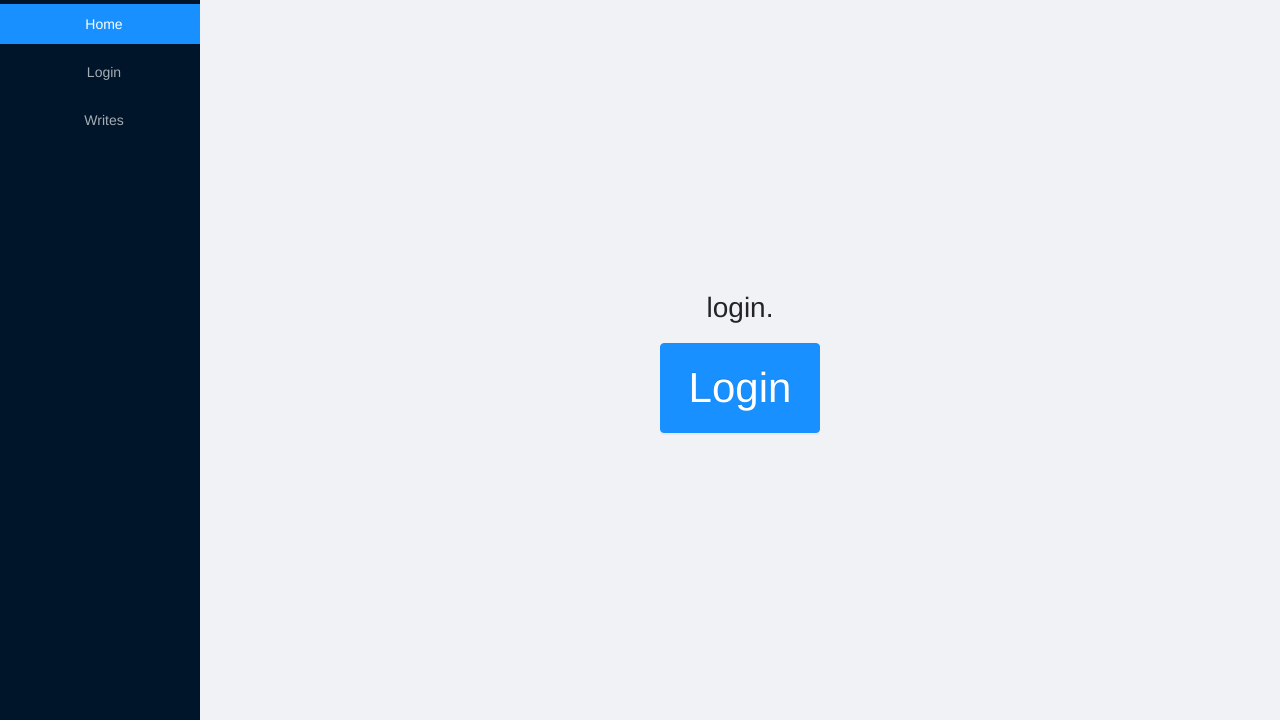
Repository: writesapp/mod
Page: /login
An editor plug-in stored every save of this project. The page is shown before and after the next save, followed by the edit.
The browser window is 1280 px wide. The pictures show the whole page.
The project was rebuilt for these pictures with package versions that can differ from the ones it lists, and the page was loaded fresh each time. Also part of the build but not shown: src/views/Home.vue, src/views/Writes.vue.

Above is the page before, as saved 2020-07-09 16:34:41.

After the next save:
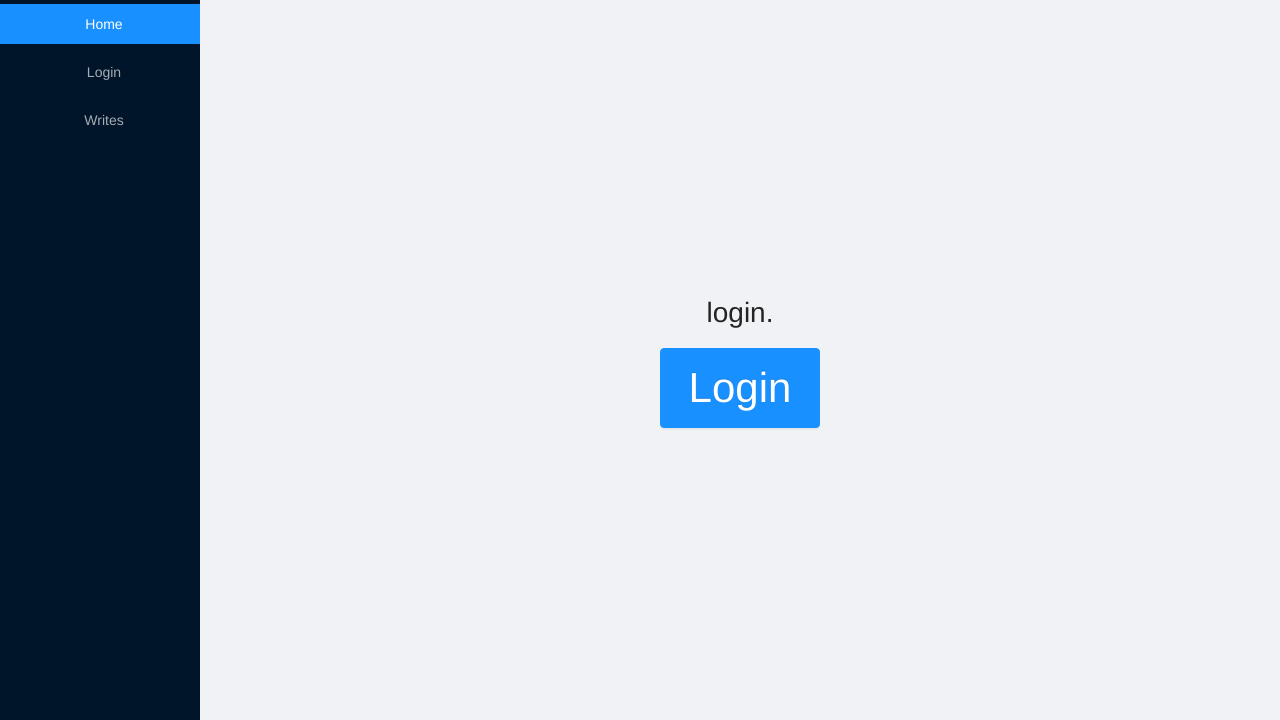
Saved 22 s later.
--- a/src/views/Login.vue
+++ b/src/views/Login.vue
@@ -35,7 +35,7 @@ export default {
 
   .ant-btn-primary,
   .ant-btn {
-    height: 90px;
+    height: 80px;
     width: 160px;
     font-size: 3em;
   }
